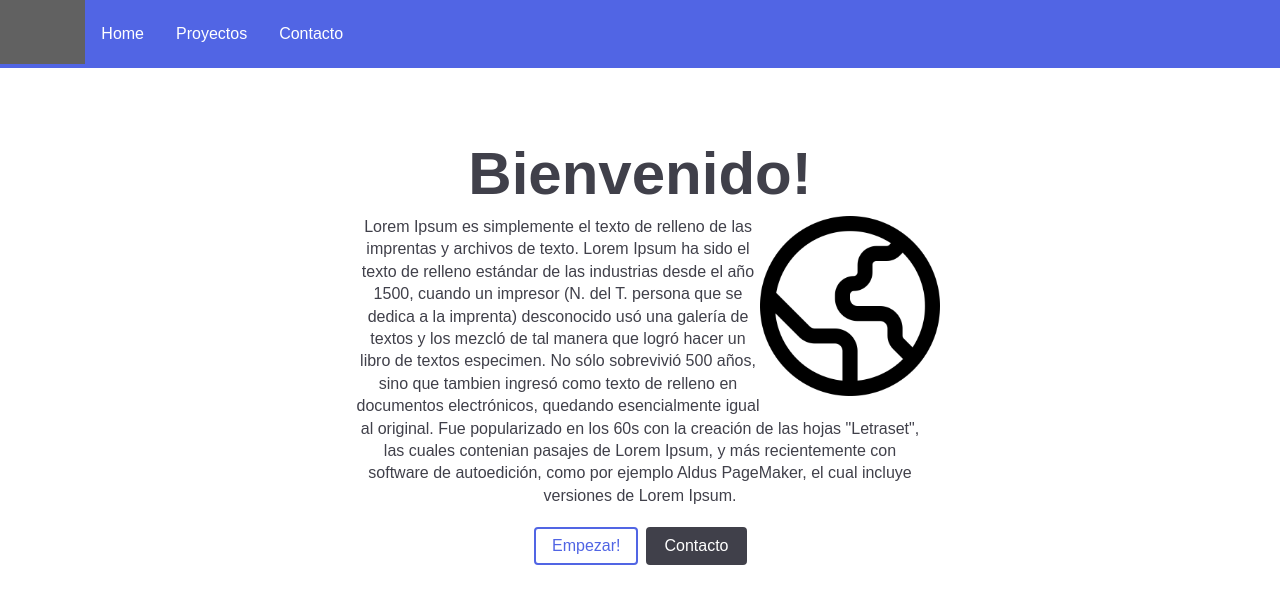
Repository: robsonmarkes/accesibilidad
Page: index.html
An editor plug-in stored every save of this project. The page is shown before and after the next save, followed by the edit.
The browser window is 1280 px wide. The pictures show the part of the page from y = 0 to 599 px (the page is 2795 px tall).
Pictures or frames that could not be fetched are drawn as grey boxes. A picture or video elsewhere on the page could not be fetched, so the positions and the page height are approximate.

Above is the page before, as saved 2022-10-13 10:35:40.

After the next save:
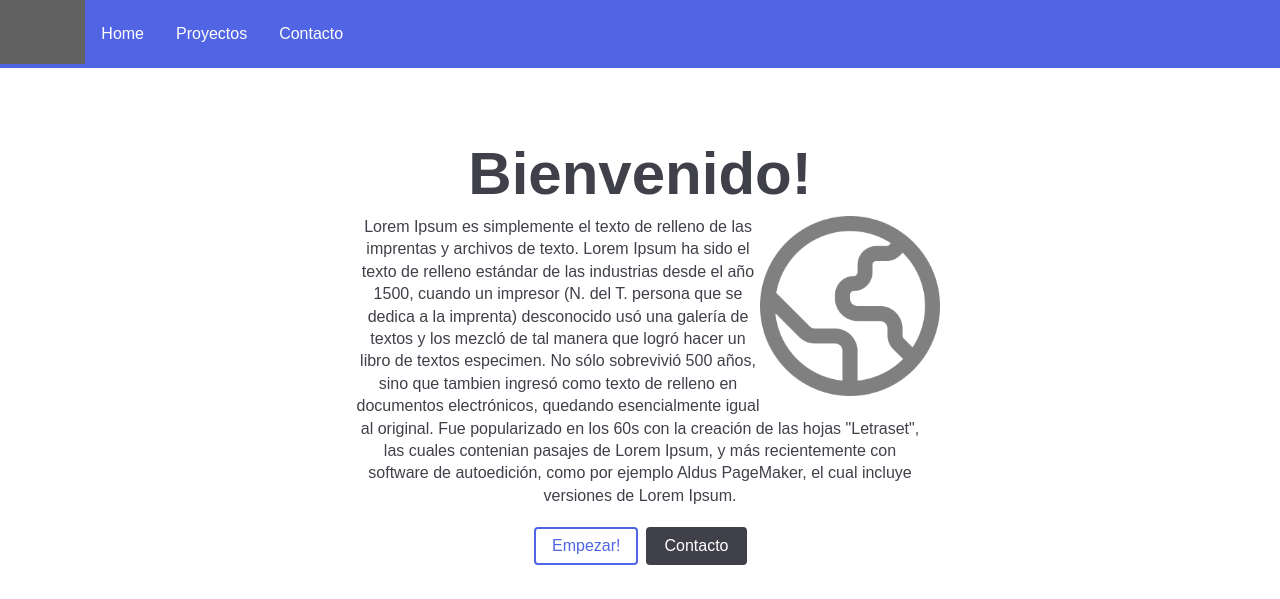
Saved 30 s later.
--- a/style.css
+++ b/style.css
@@ -87,7 +87,7 @@ body a:hover {
 .wrap .content .article .decorative-image {
     max-width: 30%;
     float: right;
-    filter: brightness(0.5);
+    filter: opacity(0.5);
 }
 
 .wrap .content .article .buttons {
